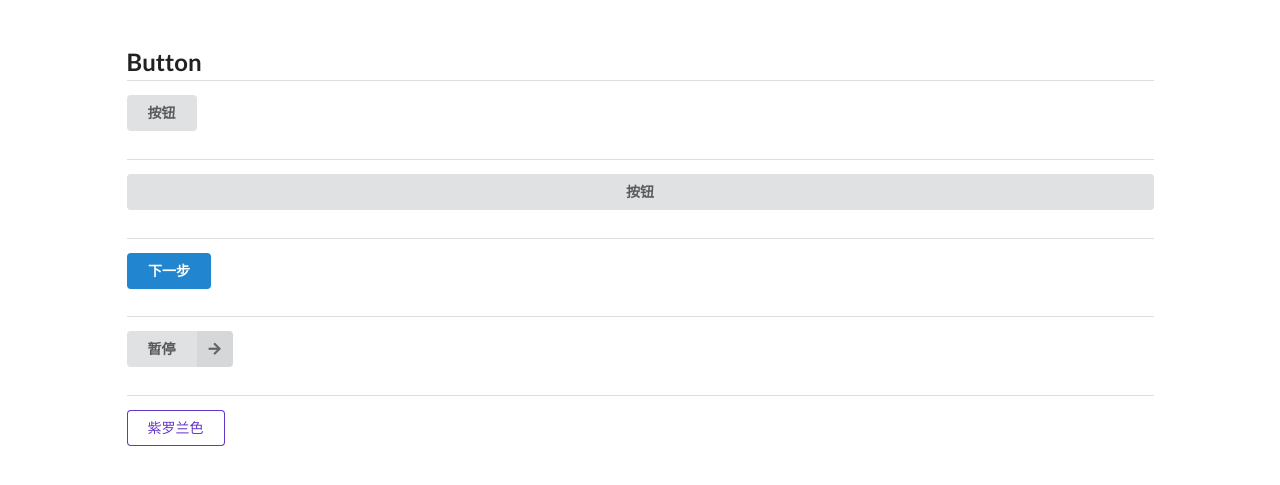
Repository: GOGOHQ/myblog
Page: index.html
An editor plug-in stored every save of this project. The page is shown before and after the next save, followed by the edit.
The browser window is 1280 px wide. The pictures show the whole page.
Some web libraries are served in a nearby version.

Above is the page before, as saved 2020-01-16 13:10:37.

### index.html
<!DOCTYPE html>
<html lang="en">

<head>
    <meta charset="UTF-8">
    <meta name="viewport" content="width=device-width, inital-scale=1.0">
    <title>首页</title>
    <link rel="stylesheet" href="https://cdn.jsdelivr.net/semantic-ui/2.2.4/semantic.min.css">
    <script src="https://cdn.jsdelivr.net/npm/jquery@3.2/dist/jqurey.min.js"></script>
    <script src="https://cdn.jsdelivr.net/semantic-ui/2.2.4/semantic.min.js"></script>
</head>

<body>
<div class="ui container" style="padding:50px">
    <h2 class="ui dividing header">Button</h2>
    <button class="ui button">按钮</button>
    <!-- 填充父容器的按钮 -->
    <h2 class="ui dividing header"></h2>
    <button class="ui button fluid">按钮</button>
    <h2 class="ui dividing header"></h2>
    <!-- 动画按钮 -->
    <button class="ui button vertical primary animated">
        <div class="visible content">下一步</div>
        <div class="hidden content">
            <i class="right arrow icon"></i>
        </div>
    </button>
    <h2 class="ui dividing header"></h2>
    <!-- 标签按钮 -->
    <button class="ui right labeled icon button ">
        <i class="right arrow icon"></i>
        暂停
    </button>
    <h2 class="ui dividing header"></h2>
    <button class="ui violet basic button">
        紫罗兰色
    </button>

</div>


</body>


</html>

After the next save:
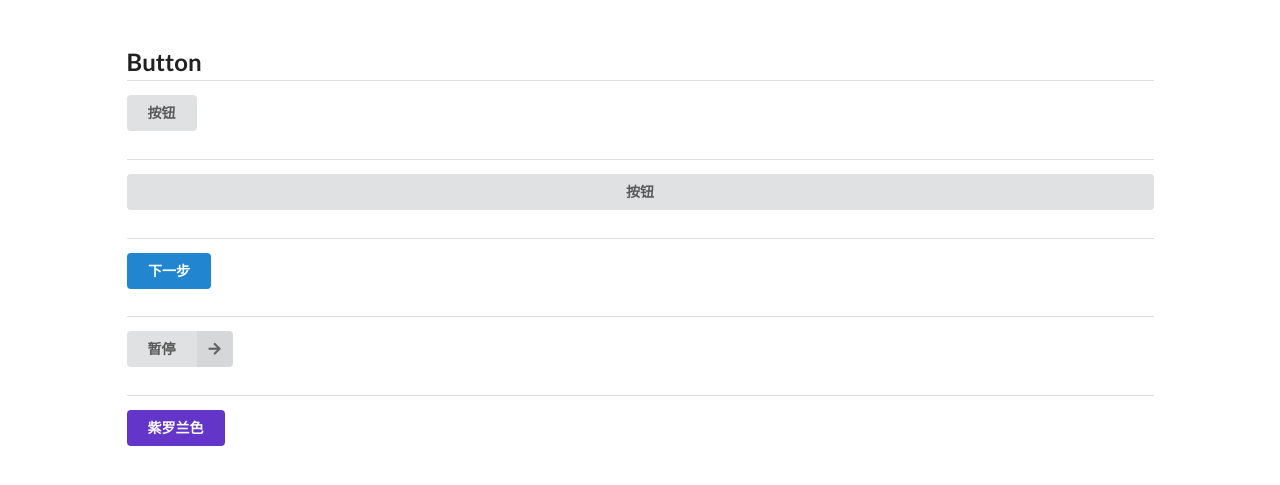
Saved 31 s later.
--- a/index.html
+++ b/index.html
@@ -32,7 +32,7 @@
         暂停
     </button>
     <h2 class="ui dividing header"></h2>
-    <button class="ui violet basic button">
+    <button class="ui violet  button">
         紫罗兰色
     </button>
 

After the save that followed:
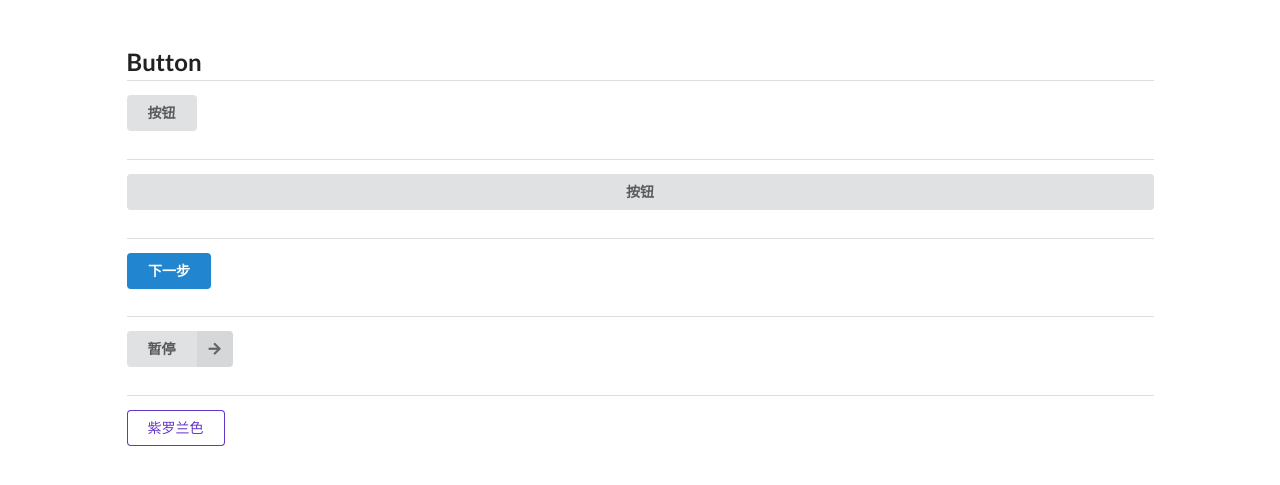
Saved 6 s later.
--- a/index.html
+++ b/index.html
@@ -32,7 +32,7 @@
         暂停
     </button>
     <h2 class="ui dividing header"></h2>
-    <button class="ui violet  button">
+    <button class="ui violet basic button">
         紫罗兰色
     </button>
 
